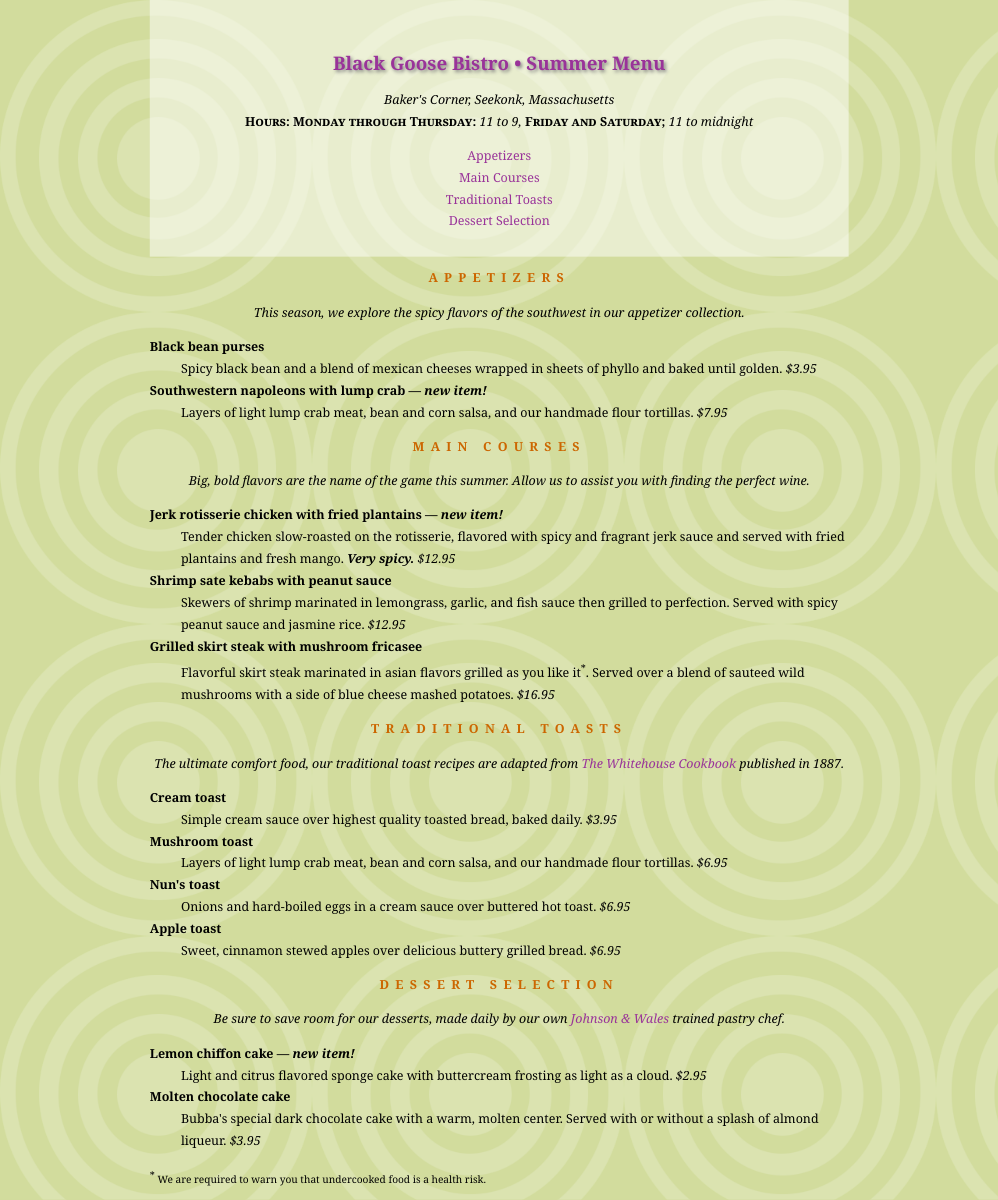
Repository: Lithium87/WebDesign
Page: Bistro/bistro.html
The author's editor kept a copy of each file at every save. The page is drawn from the files as they stood at one save, then again after the next save.
The browser window is 1280 px wide. The pictures show the whole page, at 78% of full size.
Some web fonts or font styles are not loaded; a fallback is used.

Above is the page before, as saved 2020-04-14 13:33:48.

### Bistro/bistro.html
<!DOCTYPE html >
<html>

<head>
    <meta charset="utf-8">
    <title>Black Goose Bistro Summer Menu</title>
    <link href='http://fonts.googleapis.com/css?family=Marko+One' rel='stylesheet' type='text/css'>
    <style>
        body {
            font-family: Georgia, serif;
            font-size: 100%;
            line-height: 175%;
            margin: 0 15% 0;
            background-color: #d2dc9d;
            background-image: url(images/bullseye.png);
        }

        #header {
            margin-top: 0;
            padding: 3em 1em 2em 1em;
            text-align: center;
            background-color: rgba(255, 255, 255, 0.5);
        }

        a {
            text-decoration: none;
            color: #993399;
        }

        a:visited {
            color: #937393;
        }

        a:hover {
            color: #c700f2;
            background-color: #fff;
        }

        a:active {
            color: #ff00ff;
        }

        h1 {
            font: bold 1.5em Georgia, serif;
            text-shadow: .1em .1em .2em gray;
            color: #993399;
        }

        h2 {
            font-size: 1em;
            text-transform: uppercase;
            letter-spacing: .5em;
            text-align: center;
            color: #cc6600;
        }

        dt {
            font-weight: bold;
        }

        strong {
            font-style: italic;
        }

        ul {
            list-style-type: none;
            margin: 0;
            padding: 0;
        }

        #info p {
            font-style: italic;
        }

        .price {
            font-family: Georgia, serif;
            font-style: italic;
        }

        p.warning,
        sup {
            font-size: small;
        }

        .label {
            font-weight: bold;
            font-variant: small-caps;
            font-style: normal;
        }

        h2+p {
            text-align: center;
            font-style: italic;
        }
    </style>
</head>

<body>

    <div id="header">
        <h1>Black Goose Bistro &bull; Summer Menu</h1>

        <div id="info">
            <p>Baker's Corner, Seekonk, Massachusetts<br>
                <span class="label">Hours: Monday through Thursday:</span> 11 to 9, <span class="label">Friday and Saturday;</span> 11 to midnight</p>
            <ul>
                <li><a href="#appetizers">Appetizers</a></li>
                <li><a href="#entrees">Main Courses</a></li>
                <li><a href="#toast">Traditional Toasts</a></li>
                <li><a href="#dessert">Dessert Selection</a></li>
            </ul>
        </div>
    </div>

    <div id="appetizers">
        <h2>Appetizers</h2>
        <p>This season, we explore the spicy flavors of the southwest in our appetizer collection.</p>

        <dl>
            <dt>Black bean purses</dt>
            <dd>Spicy black bean and a blend of mexican cheeses wrapped in sheets of phyllo and baked until golden. <span class="price">$3.95</span></dd>

            <dt class="newitem">Southwestern napoleons with lump crab &mdash; <strong>new item!</strong></dt>
            <dd>Layers of light lump crab meat, bean and corn salsa, and our handmade flour tortillas. <span class="price">$7.95</span></dd>
        </dl>
    </div>

    <div id="entrees">

        <h2>Main courses</h2>
        <p>Big, bold flavors are the name of the game this summer. Allow us to assist you with finding the perfect wine.</p>


        <dl>

            <dt class="newitem">Jerk rotisserie chicken with fried plantains &mdash; <strong>new item!</strong></dt>
            <dd>Tender chicken slow-roasted on the rotisserie, flavored with spicy and fragrant jerk sauce and served with fried plantains and fresh mango. <strong>Very spicy.</strong> <span class="price">$12.95</span></dd>

            <dt>Shrimp sate kebabs with peanut sauce</dt>
            <dd>Skewers of shrimp marinated in lemongrass, garlic, and fish sauce then grilled to perfection. Served with spicy peanut sauce and jasmine rice. <span class="price">$12.95</span></dd>

            <dt>Grilled skirt steak with mushroom fricasee</dt>
            <dd>Flavorful skirt steak marinated in asian flavors grilled as you like it<sup>*</sup>. Served over a blend of sauteed wild mushrooms with a side of blue cheese mashed potatoes. <span class="price">$16.95</span></dd>
        </dl>

    </div>

    <div id="toast">
        <h2>Traditional Toasts</h2>
        <p>The ultimate comfort food, our traditional toast recipes are adapted from <a href="http://www.gutenberg.org/files/13923/13923-h/13923-h.htm"><cite>The Whitehouse Cookbook</cite></a> published in 1887.</p>

        <dl>
            <dt>Cream toast</dt>
            <dd>Simple cream sauce over highest quality toasted bread, baked daily. <span class="price">$3.95</span></dd>

            <dt>Mushroom toast</dt>
            <dd>Layers of light lump crab meat, bean and corn salsa, and our handmade flour tortillas. <span class="price">$6.95</span></dd>

            <dt>Nun's toast</dt>
            <dd>Onions and hard-boiled eggs in a cream sauce over buttered hot toast. <span class="price">$6.95</span></dd>

            <dt>Apple toast</dt>
            <dd>Sweet, cinnamon stewed apples over delicious buttery grilled bread. <span class="price">$6.95</span></dd>
        </dl>
    </div>

    <div id="dessert">
        <h2>Dessert Selection</h2>
        <p>Be sure to save room for our desserts, made daily by our own <a href="http://www.jwu.edu/college.aspx?id=19510">Johnson & Wales</a> trained pastry chef.</p>

        <dl>
            <dt class="newitem">Lemon chiffon cake &mdash; <strong>new item!</strong></dt>
            <dd>Light and citrus flavored sponge cake with buttercream frosting as light as a cloud. <span class="price">$2.95</span></dd>

            <dt class="newitem">Molten chocolate cake</dt>
            <dd>Bubba's special dark chocolate cake with a warm, molten center. Served with or without a splash of almond liqueur. <span class="price">$3.95</span></dd>
        </dl>
    </div>

    <p class="warning"><sup>*</sup> We are required to warn you that undercooked food is a health risk.</p>

</body>

</html>

After the next save:
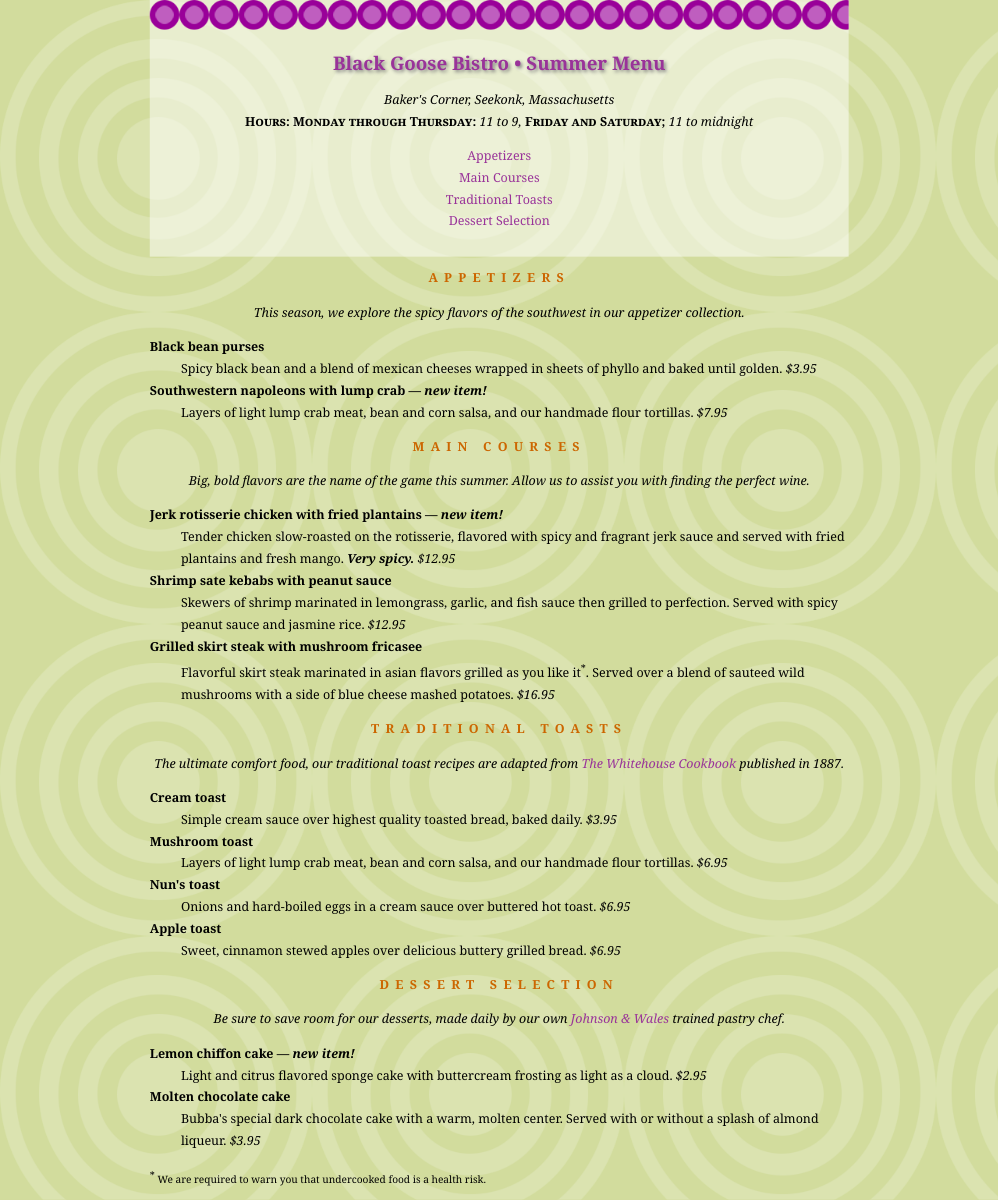
Saved 2 min 50 s later.
--- a/Bistro/bistro.html
+++ b/Bistro/bistro.html
@@ -20,6 +20,8 @@
             padding: 3em 1em 2em 1em;
             text-align: center;
             background-color: rgba(255, 255, 255, 0.5);
+            background-image: url(images/purpledot.png);
+            background-repeat: repeat-x;
         }
 
         a {
